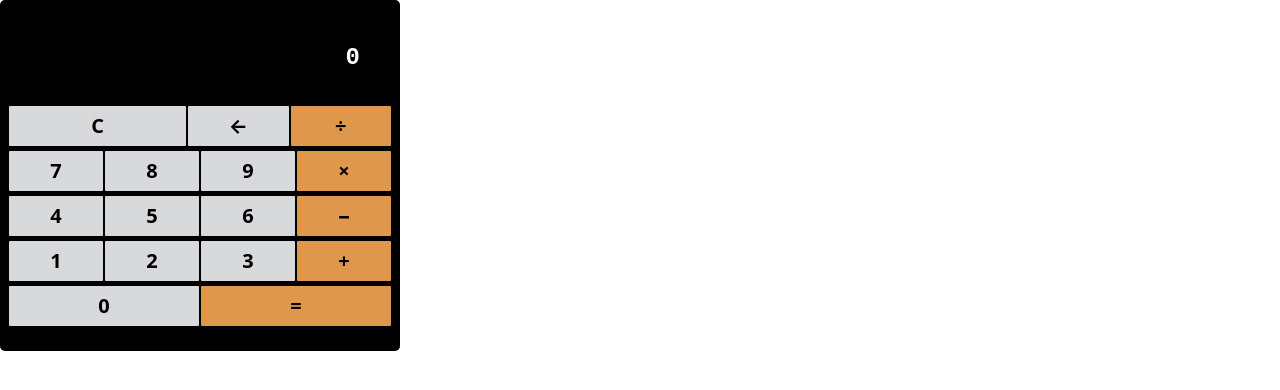
Repository: jgramirez0210/LAB-calculator
Page: index.html
The author's editor kept a copy of each file at every save. The page is drawn from the files as they stood at one save, then again after a run of saves.
The browser window is 1280 px wide. The pictures show the whole page.

Above is the page before, as saved 2023-10-10 21:25:11.

After the next 2 saves:
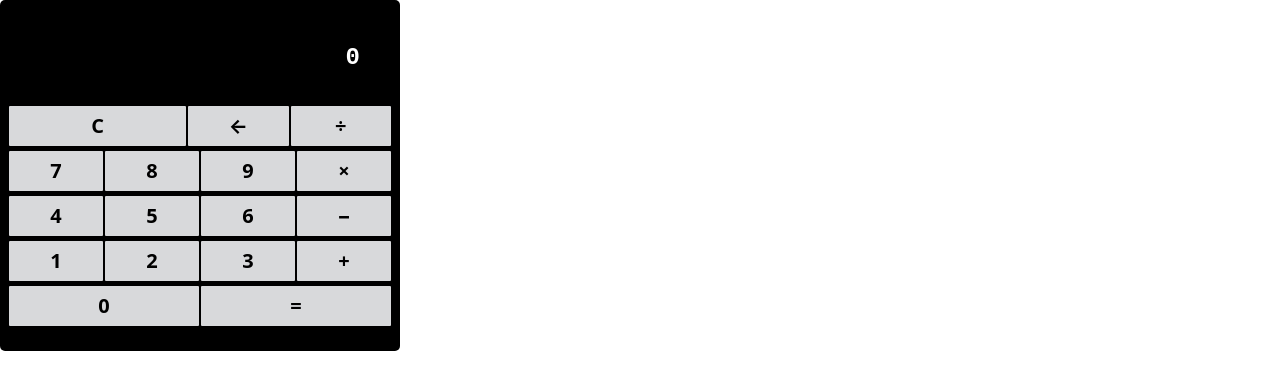
The 2 saves are shown as one change because they came seconds apart.
The last was saved 26 s later.
--- a/main.css
+++ b/main.css
@@ -39,25 +39,6 @@
   transition: background-color 0.3s;
 }
 
-button:hover {
-  background-color: #ebebeb;
-}
-
-button:active {
-  background-color: #bbbcbe;
-}
-
-button.function {
-  background-color: #df974c;
-}
-
-button.function:hover {
-  background-color: #dfb07e;
-}
-
-button.function:active {
-  background-color: #dd8d37;
-}
 button#wide {
   flex: 2;
 }

After the save that followed:
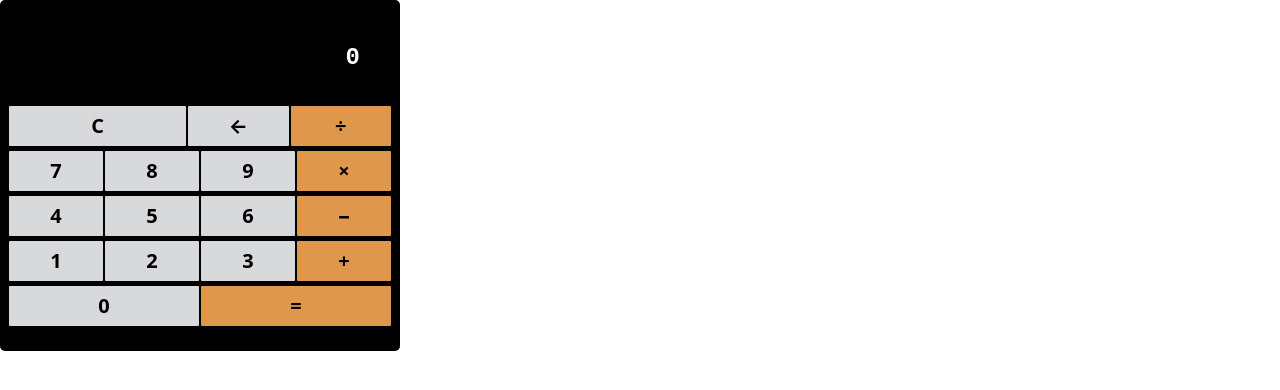
Saved 11 s later.
--- a/main.css
+++ b/main.css
@@ -39,6 +39,25 @@
   transition: background-color 0.3s;
 }
 
+button:hover {
+  background-color: #ebebeb;
+}
+
+button:active {
+  background-color: #bbbcbe;
+}
+
+button.function {
+  background-color: #df974c;
+}
+
+button.function:hover {
+  background-color: #dfb07e;
+}
+
+button.function:active {
+  background-color: #dd8d37;
+}
 button#wide {
   flex: 2;
 }
